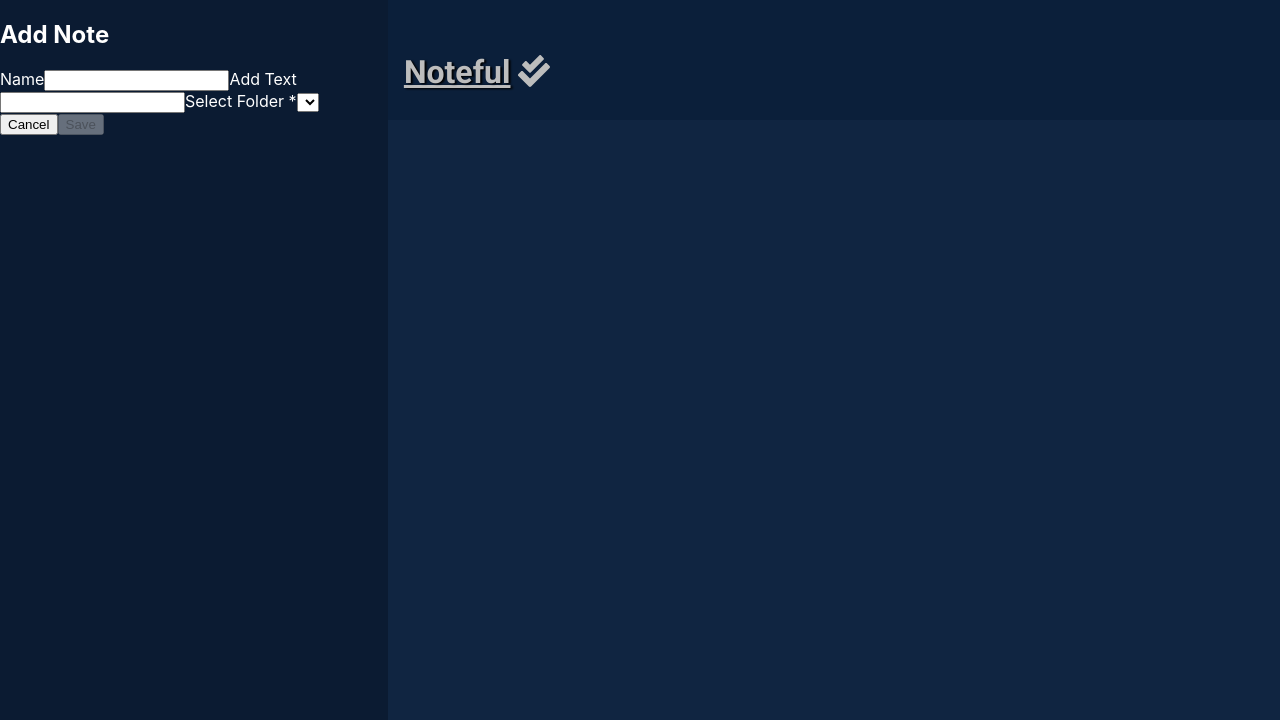
Repository: mhyder1/noteful
Page: /add-note
These files come from the project's save history. The page is drawn as it stood at one moment and after the next save; the edit follows.
The browser window is 1280 px wide. The pictures show the whole page.
The page's requests for data from a server got no answer. The project was rebuilt for these pictures with package versions that can differ from the ones it lists, and the page was loaded fresh each time. No one was signed in, and anything a server would have sent is missing. Also part of the build but not shown: src/CircleButton/CircleButton.css, src/CircleButton/CircleButton.js, src/notes-helpers.js, src/NoteListNav/NoteListNav.css, src/NoteListNav/NoteListNav.js, src/NotePageNav/NotePageNav.css, src/NotePageNav/NotePageNav.js, src/Note/Note.css and 8 more.

Above is the page before, as saved 2020-03-13 09:57:42.

After the next save:
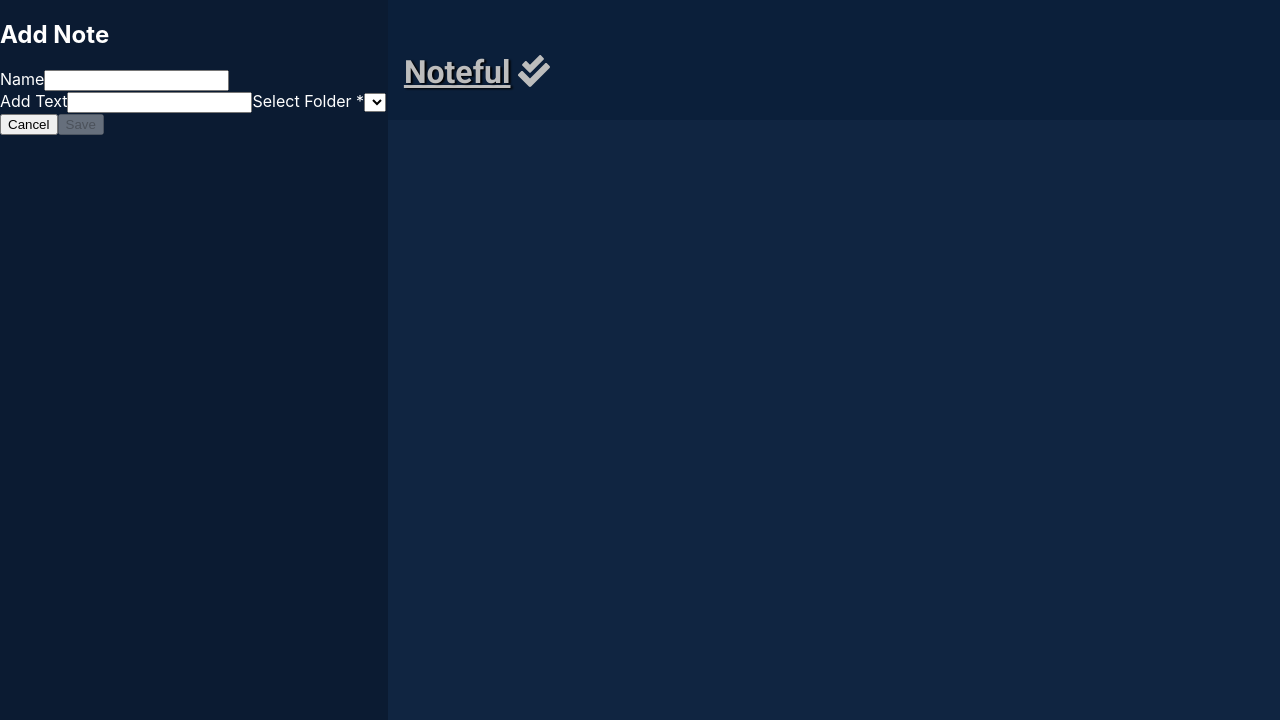
Saved 40 s later.
--- a/src/AddNote/AddNote.js
+++ b/src/AddNote/AddNote.js
@@ -92,7 +92,7 @@
                     <input type="text" className="name__control"
                         name="name" id="name" onChange={e => this.updateName(e.target.value)}/>
                     {/* {this.state.name.touched && <ValidationError message={'There was an error'} />} */}
-                    </label>
+                    </label><br />
 
                     <label htmlFor="content">Add Text
                     <input type="text" className="name__control"
